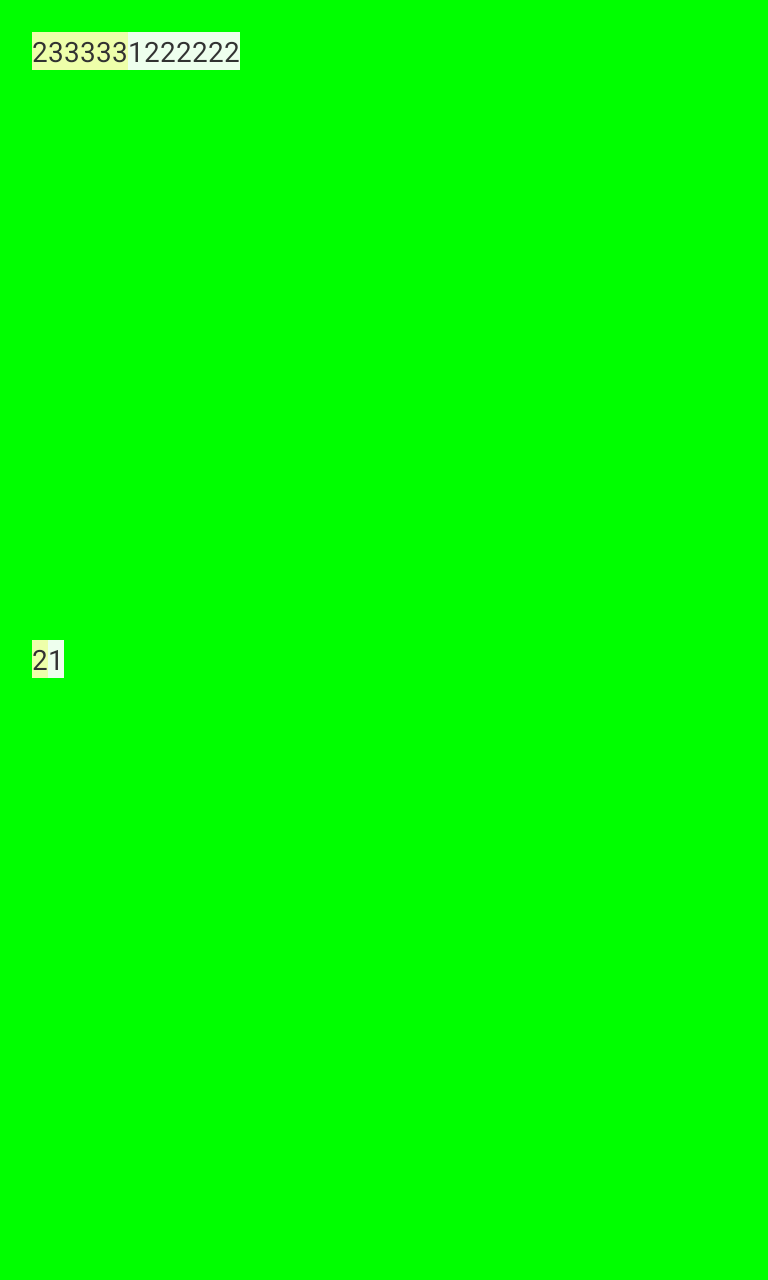
Repository: founderzhl/MarsAndroid
Layout: S01_E12_Weight/res/layout/activity_main.xml
These files come from the project's save history. The layout is drawn as it stood at one moment and after the next save; the edit follows.
It is drawn on a 768 x 1280 px phone screen (xhdpi) without system bars, with theme AppTheme; the app's code is not run.

Above is the layout before, as saved 2015-01-15 15:48:10.

After the next save:
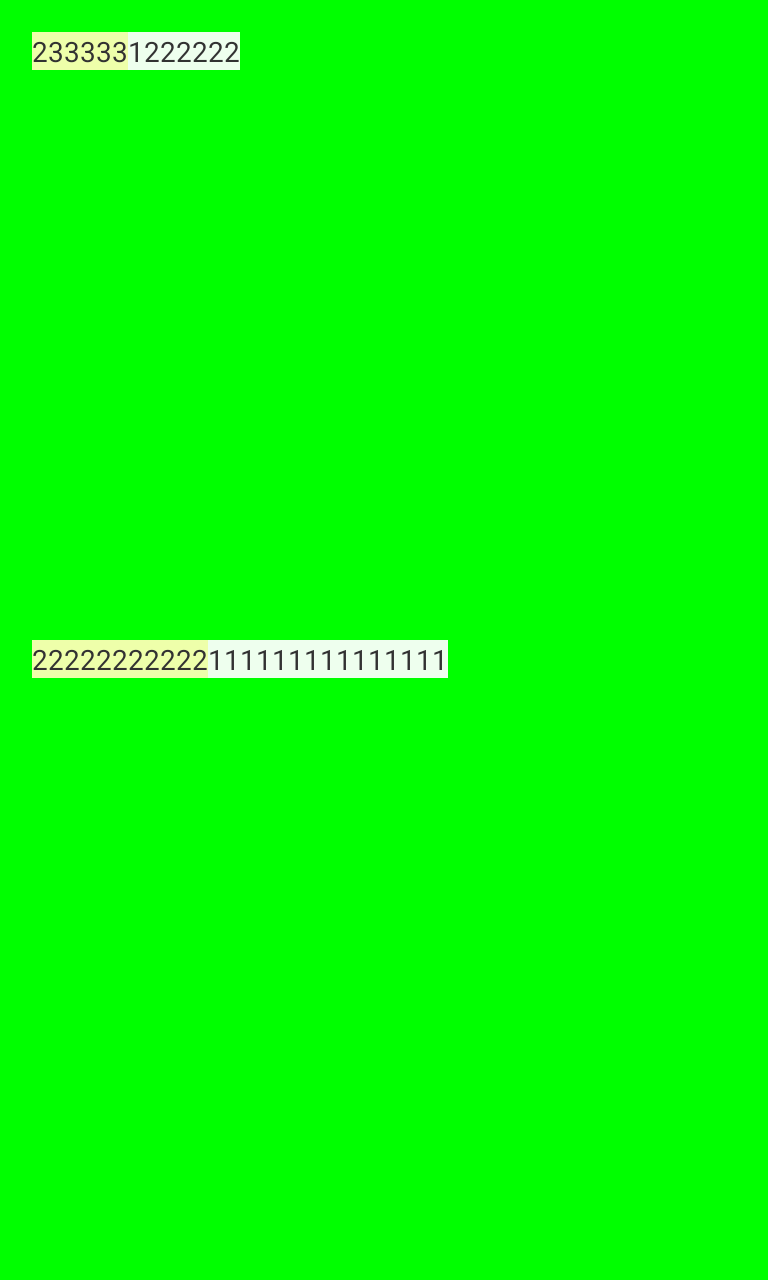
Saved 17 s later.
--- a/S01_E12_Weight/res/layout/activity_main.xml
+++ b/S01_E12_Weight/res/layout/activity_main.xml
@@ -41,14 +41,14 @@
             android:layout_height="wrap_content"
             android:layout_weight="1"
             android:background="#eeffaa"
-            android:text="2" />
+            android:text="22222222222" />
 
         <TextView
             android:layout_width="wrap_content"
             android:layout_height="wrap_content"
             android:layout_weight="1"
             android:background="#eeffee"
-            android:text="1" />
+            android:text="111111111111111" />
 
     </LinearLayout>
 
